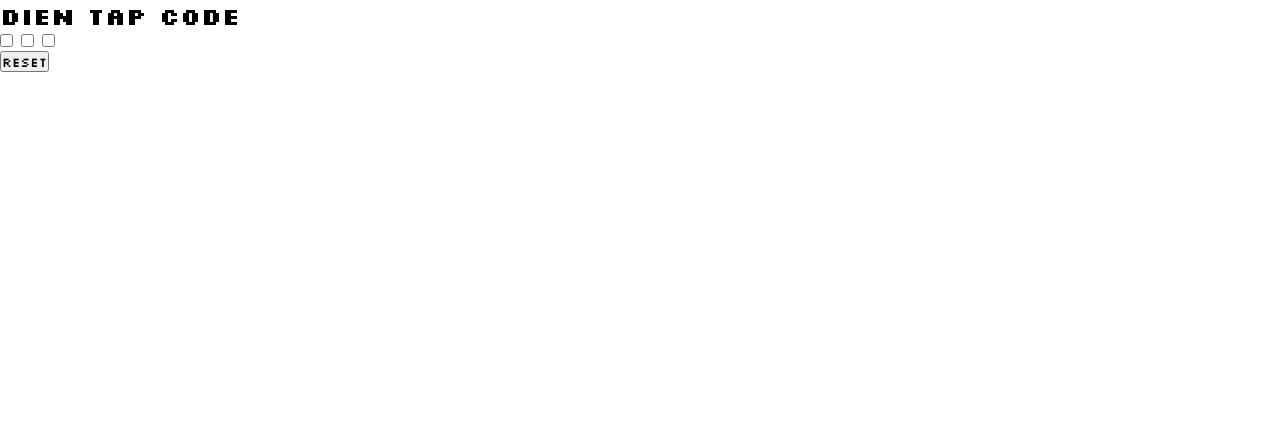
Repository: thanhdien235/matching-game
Page: matching-game/index.html
An editor plug-in stored every save of this project. The page is shown before and after the next save, followed by the edit.
The browser window is 1280 px wide. The pictures show the whole page.

Above is the page before, as saved 2022-10-09 20:45:37.

After the next save:
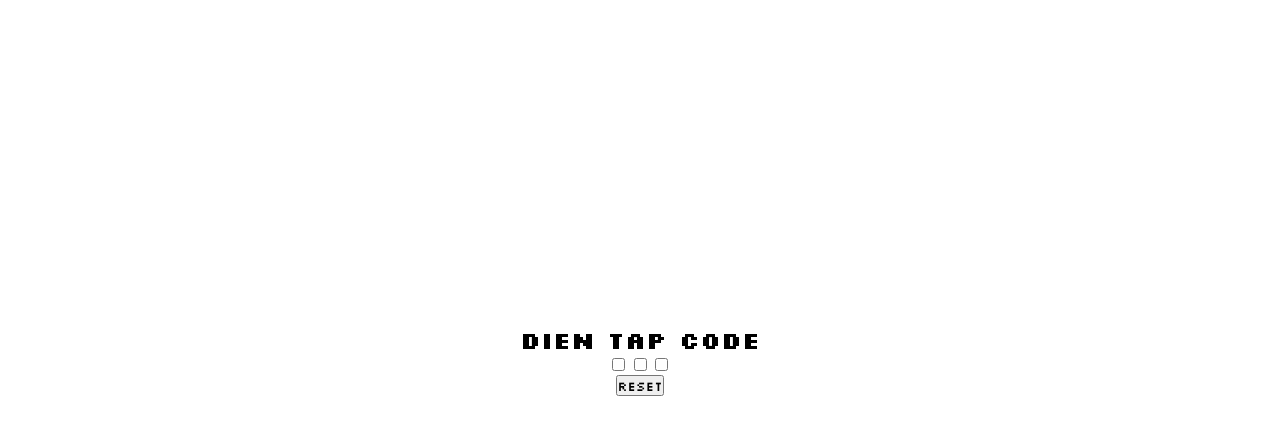
Saved 3 min 6 s later.
--- a/matching-game/main.css
+++ b/matching-game/main.css
@@ -5,3 +5,11 @@
   box-sizing: border-box;
   font-family: "Silkscreen", cursive;
 }
+body {
+  display: flex;
+  justify-content: center;
+  align-items: center;
+  display: flex;
+  flex-direction: column;
+  min-height: 100vh;
+}
